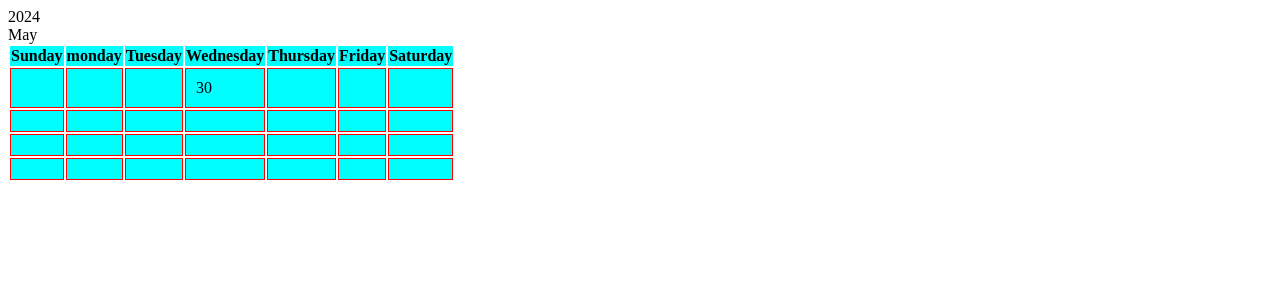
Repository: fateme81yosefi/calendar
Page: index.html
The author's editor kept a copy of each file at every save. The page is drawn from the files as they stood at one save, then again after a run of saves.
The browser window is 1280 px wide. The pictures show the whole page.

Above is the page before, as saved 2024-05-30 14:06:08.

After the next 2 saves:
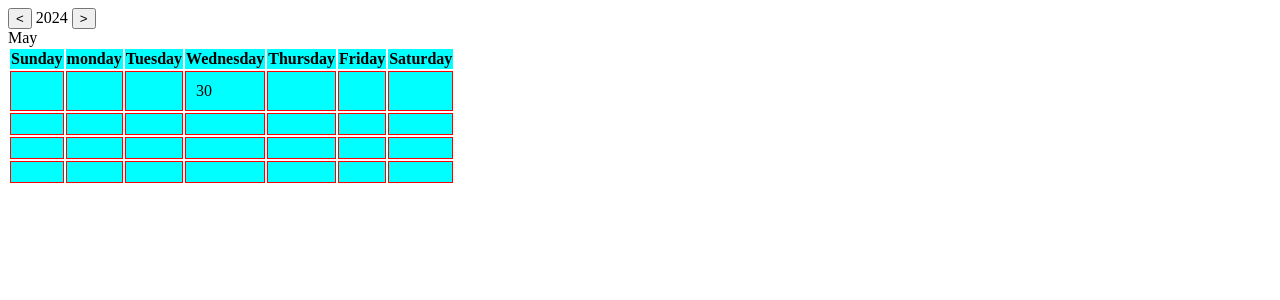
The 2 saves are shown as one change because they came seconds apart.
The last was saved 7 s later.
--- a/index.html
+++ b/index.html
@@ -12,10 +12,10 @@
 <body>
 
   <div class="container-calendar">
-    <div class="contain-year" id="year">
+    <div class="contain-year">
       <button>
         < </button>
-          <span></span>
+          <span  id="year"></span>
           <button> > </button>
 
     </div>
